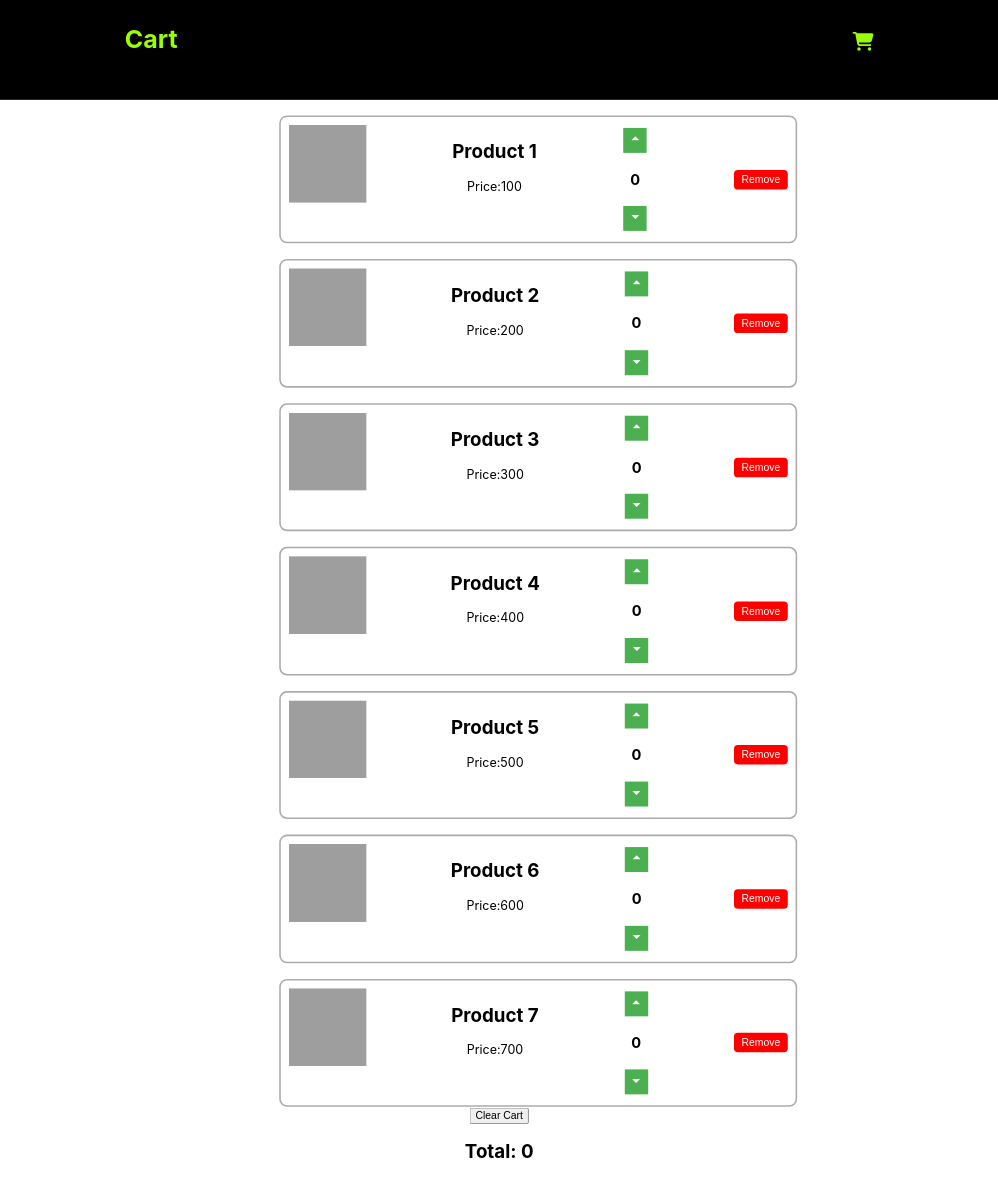
Repository: sriram1224/Cart-react-app
Page: /
These files come from the project's save history. The page is drawn as it stood at one moment and after the next save; the edit follows.
The browser window is 1280 px wide. The pictures show the whole page, at 78% of full size.
Pictures or frames that could not be fetched are drawn as grey boxes. The project was rebuilt for these pictures with package versions that can differ from the ones it lists, and the page was loaded fresh each time.

Above is the page before, as saved 2024-03-12 22:30:19.

### public/index.html
<!DOCTYPE html>
<html lang="en">

<head>
  <meta charset="utf-8" />
  <link rel="icon" href="%PUBLIC_URL%/favicon.ico" />
  <meta name="viewport" content="width=device-width, initial-scale=1" />
  <meta name="theme-color" content="#000000" />
  <meta name="description" content="Web site created using create-react-app">
  <link rel="stylesheet"
    href="https://fonts.googleapis.com/css2?family=Material+Symbols+Outlined:opsz,wght,FILL,GRAD@24,400,0,0" />


  <title>React App</title>
</head>

<body>
  <noscript>You need to enable JavaScript to run this app.</noscript>
  <div id="root"></div>

</body>

</html>

### src/App.js
import Nav from "./Components/Nav.js"
import './App.css';
import Cart from './Components/cart.js';
function App() {
  return (
    <div className="App">

      <Cart />
    </div>
  );
}

export default App;

### src/Components/Nav.js
import { FontAwesomeIcon } from '@fortawesome/react-fontawesome';
import { faShoppingCart } from '@fortawesome/free-solid-svg-icons';
import './Navbar.css';

function Navbar({ cartItems }) {
      console.log(cartItems);
    return (

      <div className="nav-container">
      <div className="cart">
          <div className="heading">
              <h1>
              Cart
              </h1>
          </div>
      <h1>
        <div className="cart-icon-container">
          <FontAwesomeIcon icon={faShoppingCart} className="cart-icon" />
          {cartItems > 0 && (
            <span className="cart-count">{cartItems}</span>
          )}
        </div>

      </h1>
    </div>
      </div>
  );
}

export default Navbar;

### src/Components/cart.js
import React, { useState, useEffect } from "react";
import { BiSolidUpArrow, BiSolidDownArrow } from "react-icons/bi";
import Nav from './Nav'
import './cart.css'

function Cart() {
    const [products, setProducts] = useState([
        { id: "1", name: "Product 1", price: 100, quantity: 0, image: "https://images.unsplash.com/photo-1564466809058-bf4114d55352?w=500&auto=format&fit=crop&q=60&ixlib=rb-4.0.3&ixid=M3wxMjA3fDB8MHxzZWFyY2h8MjN8fHByb2R1Y3R8ZW58MHx8MHx8fDA%3D" },
        { id: "2", name: "Product 2", price: 200, quantity: 0, image: "https://images.unsplash.com/photo-1560343090-f0409e92791a?w=500&auto=format&fit=crop&q=60&ixlib=rb-4.0.3&ixid=M3wxMjA3fDB8MHxzZWFyY2h8N3x8cHJvZHVjdHxlbnwwfHwwfHx8MA%3D%3D" },
        { id: "3", name: "Product 3", price: 300, quantity: 0, image: "https://images.unsplash.com/photo-1560343090-f0409e92791a?w=500&auto=format&fit=crop&q=60&ixlib=rb-4.0.3&ixid=M3wxMjA3fDB8MHxzZWFyY2h8N3x8cHJvZHVjdHxlbnwwfHwwfHx8MA%3D%3D" },
        { id: "4", name: "Product 4", price: 400, quantity: 0, image: "https://images.unsplash.com/photo-1542291026-7eec264c27ff?w=500&auto=format&fit=crop&q=60&ixlib=rb-4.0.3&ixid=M3wxMjA3fDB8MHxzZWFyY2h8MTF8fHByb2R1Y3R8ZW58MHx8MHx8fDA%3D" },
        { id: "5", name: "Product 5", price: 500, quantity: 0, image: "https://images.unsplash.com/photo-1553456558-aff63285bdd1?w=500&auto=format&fit=crop&q=60&ixlib=rb-4.0.3&ixid=M3wxMjA3fDB8MHxzZWFyY2h8MTJ8fHByb2R1Y3R8ZW58MHx8MHx8fDA%3D" },
        { id: "6", name: "Product 6", price: 600, quantity: 0, image: "https://images.unsplash.com/photo-1553456558-aff63285bdd1?w=500&auto=format&fit=crop&q=60&ixlib=rb-4.0.3&ixid=M3wxMjA3fDB8MHxzZWFyY2h8MTJ8fHByb2R1Y3R8ZW58MHx8MHx8fDA%3D" },
        { id: "7", name: "Product 7", price: 700, quantity: 0, image: "https://images.unsplash.com/photo-1583394838336-acd977736f90?w=500&auto=format&fit=crop&q=60&ixlib=rb-4.0.3&ixid=M3wxMjA3fDB8MHxzZWFyY2h8MTl8fHByb2R1Y3R8ZW58MHx8MHx8fDA%3D" }
    ]);

    const [total, setTotal] = useState(0);
    const [cartItems, setCartItems] = useState(0);

    useEffect(() => {
        let newCartItems = 0;
        products.forEach(product => {
            newCartItems += product.quantity;
        });
        setCartItems(newCartItems);
    }, [products]);

    const increaseQuantity = (index) => {
        const updatedProducts = [...products];
        updatedProducts[index].quantity++;
        setProducts(updatedProducts);
        updateTotal();
    };

    const decreaseQuantity = (index) => {
        const updatedProducts = [...products];
        if (updatedProducts[index].quantity > 0) {
            updatedProducts[index].quantity--;
            setProducts(updatedProducts);
            updateTotal();
        }
    };

    const updateTotal = () => {
        let newTotal = 0;
        products.forEach((product) => {
            newTotal += product.quantity * product.price;
        });
        setTotal(newTotal);
    };

    const clearCart = () => {
        setProducts([]);
        setTotal(0);
        setCartItems(0);
    };

    const removeFromCart = (index) => {
        const updatedProducts = [...products];
        updatedProducts.splice(index, 1);
        setProducts(updatedProducts);
        updateTotal();
    };

    return (
        <div>
            <Nav cartItems={cartItems} />
            <div className="">
                {products.map((product, index) => {
                    return (
                        <div className="product-container" key={index}>
                            <img src={product.image} alt={product.name} />
                            <div className="text">
                            <h2>{product.name}</h2>
                            <p>Price:{product.price}</p></div>
                            <div className="button-quantity">
                                <button onClick={() => increaseQuantity(index)}>
                                    <span class="material-symbols-outlined">
arrow_drop_up
</span>
                                </button>
                                <h3>{product.quantity}</h3>
                                <button onClick={() => decreaseQuantity(index)}>
                                    <span class="material-symbols-outlined">
arrow_drop_down
</span>
                                </button>
                            </div>
                            <div className="rm-button">
                            <button onClick={() => removeFromCart(index)}>Remove</button>
                        </div></div>
                    );
                })}
                <button onClick={clearCart}>Clear Cart</button>
                <h2>Total: {total}</h2>
            </div>
        </div>
    );
}

export default Cart;

### src/Components/Navbar.css
.cart-icon-container {
    position: relative;
    display: inline-block;
}

.cart-icon {
    font-size: 1.5rem;
    color: rgb(152, 255, 7);

}

.cart-count {
    position: absolute;
    top: -10px;

    right: -10px;
    /* Adjust the horizontal positioning */
    background-color: red;
    color: white;
    border-radius: 50%;
    padding: 2px 6px;
    font-size: 0.8rem;
    /* Adjust the font size as needed */
}

.cart{
    display: flex;
    justify-content: space-between;
    margin: 0 10rem;
    align-items: center;
    padding-top: 10px;

}

.heading{
text-align: center;
color: rgb(152, 255, 7);
}

.nav-container{
    width: 100%;
    height: 8rem;
    background-color:rgb(0, 0, 0)
}

### src/Components/cart.css
.product-container{
    display: flex;
    gap: 20px;
    justify-content: space-between;
    width: 50%;
    position: relative;
    left: 28%;
    text-align: center;
    margin-top: 20px;
    border: 2px solid rgb(174, 170, 170);
    padding: 10px;
    border-radius: 10px;
}

.product-container img{
    width: 100px;
    height: 100px;
}
.rm-button{
    display: flex;
    align-items: center;
}
.rm-button button{

    background-color: red;
    color: white;
    border: none;
    padding: 5px 10px;
    border-radius: 5px;
    cursor: pointer;
}
.button-quantity span{
    color:rgb(255, 255, 255);

}

.button-quantity button {
    background-color: #4CAF50;
    /* Green background */
    border: none;
    /* Remove borders */
    color: white;
    /* White text */
    padding:2px 3px;
    /* Some padding */
    text-align: center;
    /* Centered text */
    text-decoration: none;
    /* Remove underline */
    display: inline-block;
    font-size: 16px;
    margin: 4px 2px;
    cursor: pointer;
    /* Mouse pointer on hover */
    transition-duration: 0.4s;
    /* Transition effects */
}

.button-quantity button:hover {
    background-color: #45a049;
    /* Green background on hover */
}

.text{


    text-align: center;
    gap: 10px;
}
.text p{
    text-align: center;
}

Loaded but not shown: src/index.js (common file); src/index.css (common file); src/reportWebVitals.js (common file); src/App.css (common file)

After the next save:
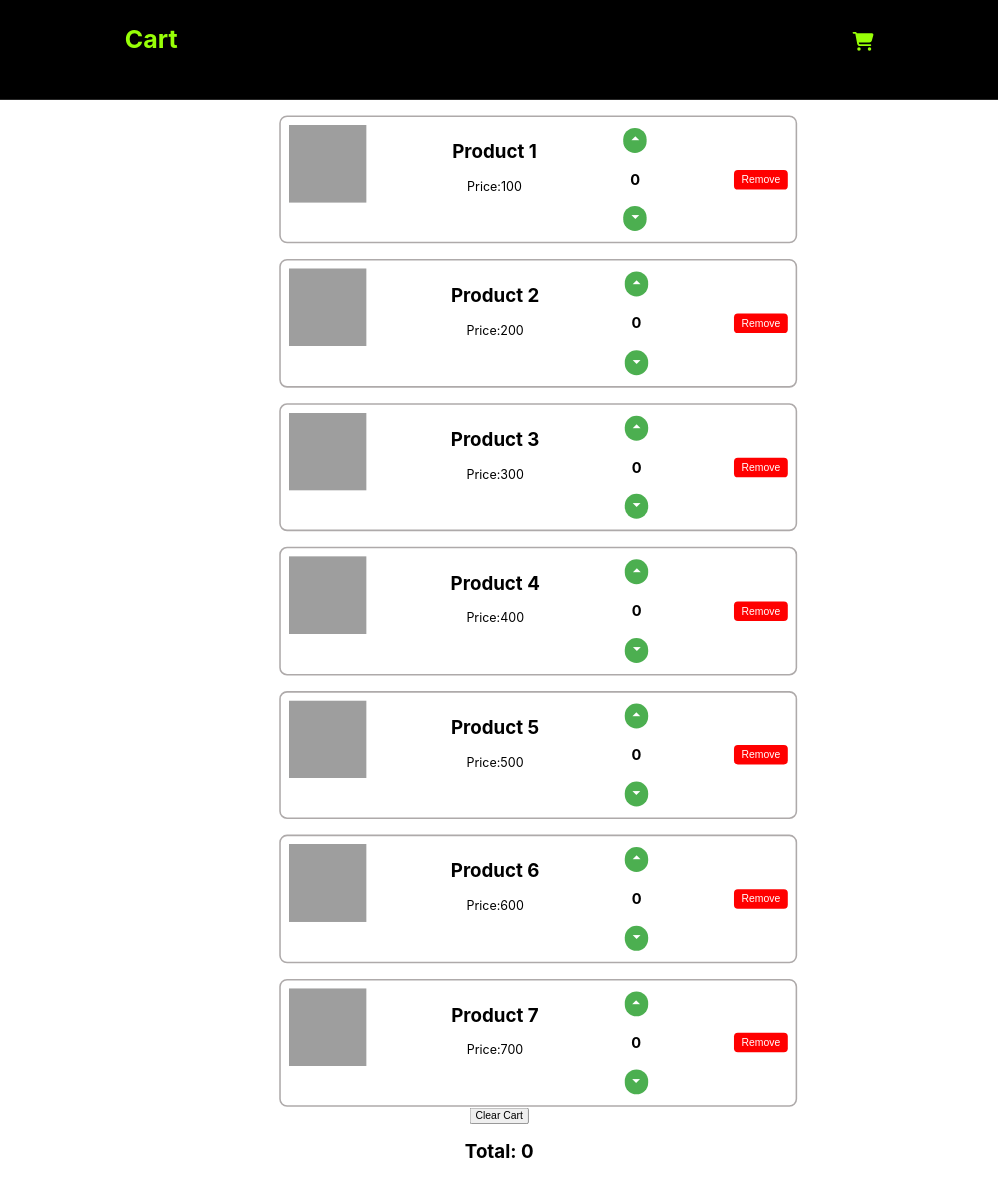
Saved 75 s later.
--- a/src/Components/cart.css
+++ b/src/Components/cart.css
@@ -36,29 +36,25 @@
 
 .button-quantity button {
     background-color: #4CAF50;
-    /* Green background */
+
     border: none;
-    /* Remove borders */
+
     color: white;
-    /* White text */
     padding:2px 3px;
-    /* Some padding */
     text-align: center;
-    /* Centered text */
     text-decoration: none;
-    /* Remove underline */
+    border-radius: 15px;
     display: inline-block;
     font-size: 16px;
     margin: 4px 2px;
     cursor: pointer;
-    /* Mouse pointer on hover */
     transition-duration: 0.4s;
-    /* Transition effects */
+
 }
 
 .button-quantity button:hover {
     background-color: #45a049;
-    /* Green background on hover */
+
 }
 
 .text{
